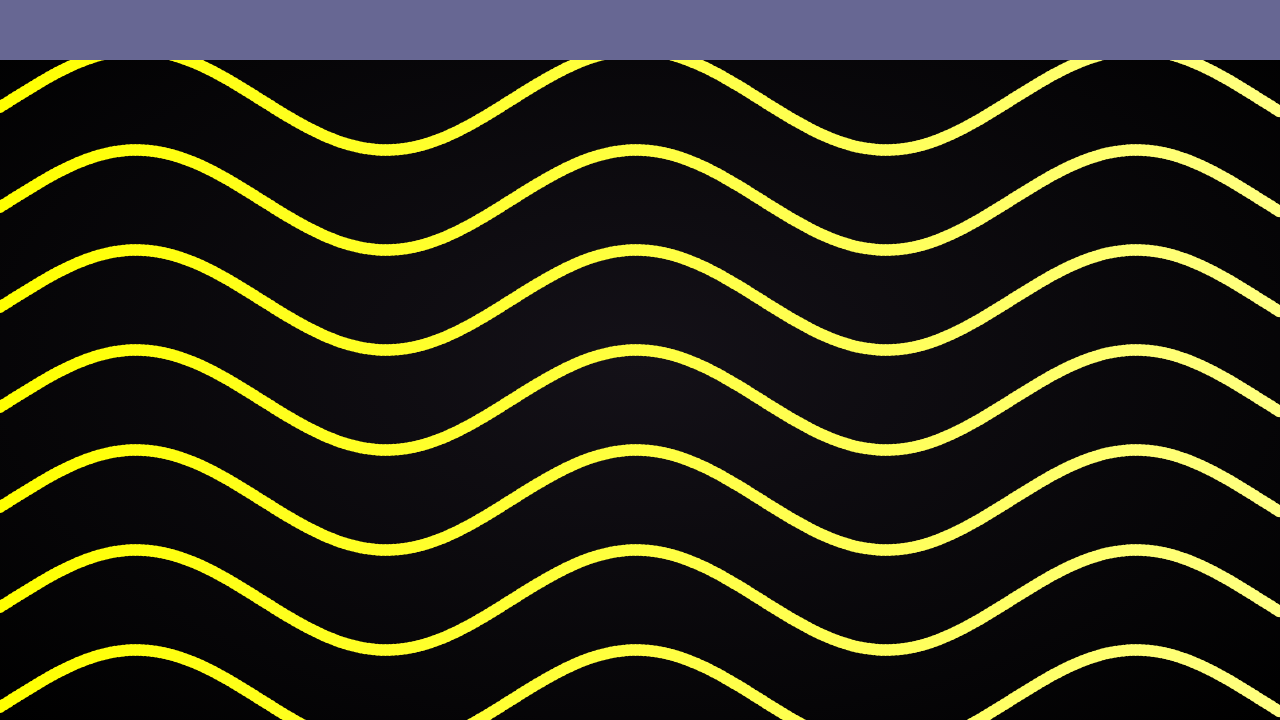
Repository: Iban-del/ProjetBacIban
Page: index.html
An editor plug-in stored every save of this project. The page is shown before and after a run of saves, followed by the edit.
The browser window is 1280 px wide. The pictures show the whole page.

Above is the page before, as saved 2025-02-18 20:21:05.

### index.html
<!DOCTYPE html>
<html lang="fr">
<head>
    <meta charset="UTF-8">
    <meta name="viewport" content="width=device-width, initial-scale=1.0">
    <link rel="icon" type="image/x-icon" href="./image/image.png">
    <link rel="stylesheet" href="./css/index.css">
    <title>Iban</title>
    <script src="./js/background.js" type="module"></script>
    <canvas id="canvas-background"></canvas>
</head>
<body>
    <nav class="navBar"></nav>

</body>
</html>

### css/index.css
html,body{
    margin: 0px;
    overflow-x: clip;
    display: flex;
}

.navBar{
    height: 60px;
    width: 100%;
    position: fixed;
    background-color: rgb(103, 103, 147);
    z-index: 1;
    display: flex;
    justify-content: end;
    align-items: center;
    color: white;
}

.background-canvas{
    overflow-x: clip;
    background:radial-gradient(rgb(50, 50, 71), rgb(0, 0, 0));
    z-index: 10;
    position: fixed;
}

### js/background.js
/**
 * création du fond du site
 */

//constante avec les couleur des composant
const darkColor ={
    backgrounds1:"#000",
    backgrounds2:"#141118",
};

//constante avec les couleur des composant
const lightColor ={
    backgrounds1:"#FDFCFE",
    backgrounds2:"#FAF8FD",
};


/**
 * fonction qui permet de géré le fond par default en cas d'érreur
 */
function defaultBackground(){

    const body = document.querySelector("body");

    if(body instanceof HTMLBodyElement){
        body.style.backgroundColor = darkColor.backgrounds2;
    }

}


/**
 * cette fonction permet d'attribué le style au canvas
 */
function canvasStyle(canvas){

    if(canvas instanceof HTMLCanvasElement){

        canvas.height = window.innerHeight;
        canvas.width = window.innerWidth;
        canvas.style.background = "radial-gradient("+darkColor.backgrounds2+","+darkColor.backgrounds1+")";

        return;
    }

    throw new Error("Canvas n'est pas de type HTMLCanvasElement ");

}

/**
 * fonction de création d'une vague
 */
function vague(x){

    const A = 50;//l'amplitude
    const lambda = 0.002;//longueur d'onde
    const k = lambda*2*Math.PI; //nombre oscilation
    const phi = 3;//décalage
    return A*Math.sin(k*x+phi);
}


/**
 * affichage de la vague
 * @param CanvasRenderingContext2D  ctx
 */
function drawVague(ctx){

    if(ctx instanceof CanvasRenderingContext2D){
        for(let t = 0;t < window.innerHeight;t+= 100){
            for(let i = 0 ;i < window.innerWidth;i+=4.1){
                let x = i
                let y = vague(x)+(t);
                ctx.beginPath();
                ctx.moveTo(x,y)
                ctx.fillStyle=`rgb(255,255,${i*0.1})`;
                ctx.arc(x,y,6,0,Math.PI*2,true)
                ctx.fill();
                console.log("test")
            }
        }

    }

}



/**
 * fonction d'initialisation du fond
 */
function init(){
    //récupération des élémentcanvas
    const canvas = document.querySelector("canvas");

    if(canvas instanceof HTMLCanvasElement){

        const ctx = canvas.getContext('2d');

        canvasStyle(canvas);
        drawVague(ctx)

    }
}

try{

    init()

}catch(error){

    console.log(error)
    defaultBackground()
}

After the next 3 saves:
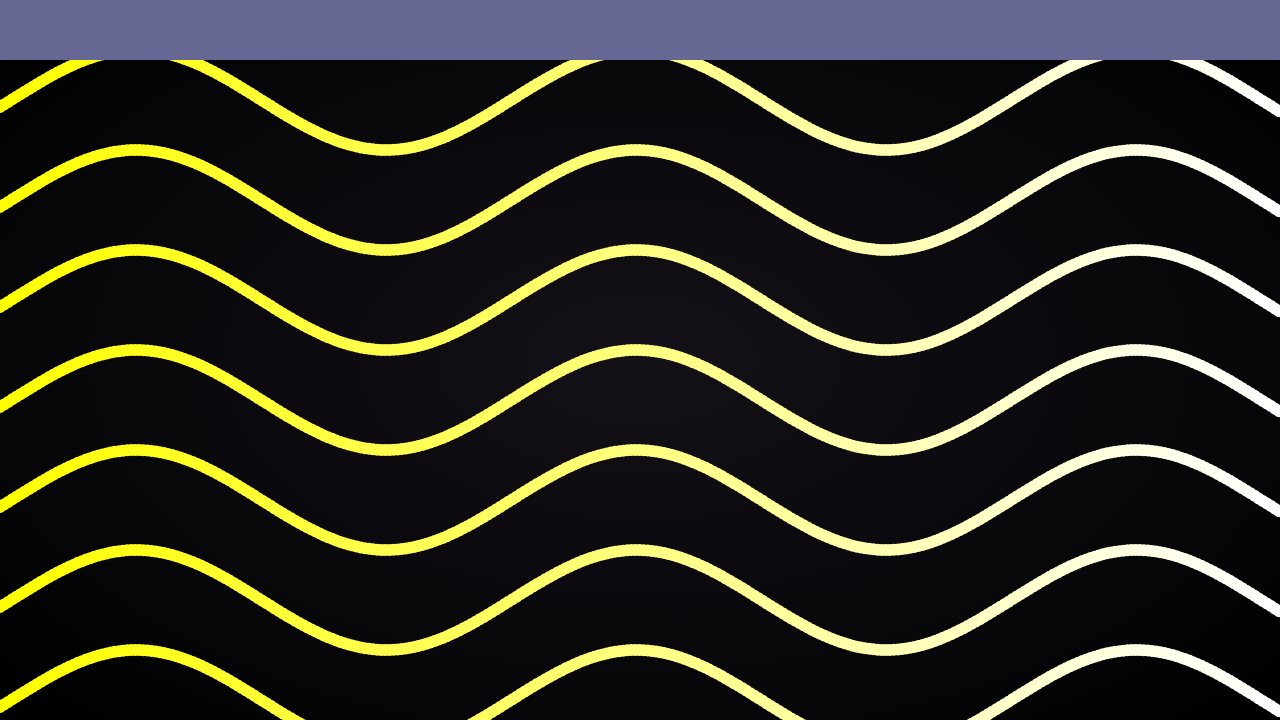
The 3 saves are shown as one change because they came seconds apart.
The last was saved 10 s later.
--- a/js/background.js
+++ b/js/background.js
@@ -73,7 +73,7 @@ function drawVague(ctx){
                 let y = vague(x)+(t);
                 ctx.beginPath();
                 ctx.moveTo(x,y)
-                ctx.fillStyle=`rgb(255,255,${i*0.1})`;
+                ctx.fillStyle=`rgb(255,255,${i*0.2})`;
                 ctx.arc(x,y,6,0,Math.PI*2,true)
                 ctx.fill();
                 console.log("test")
